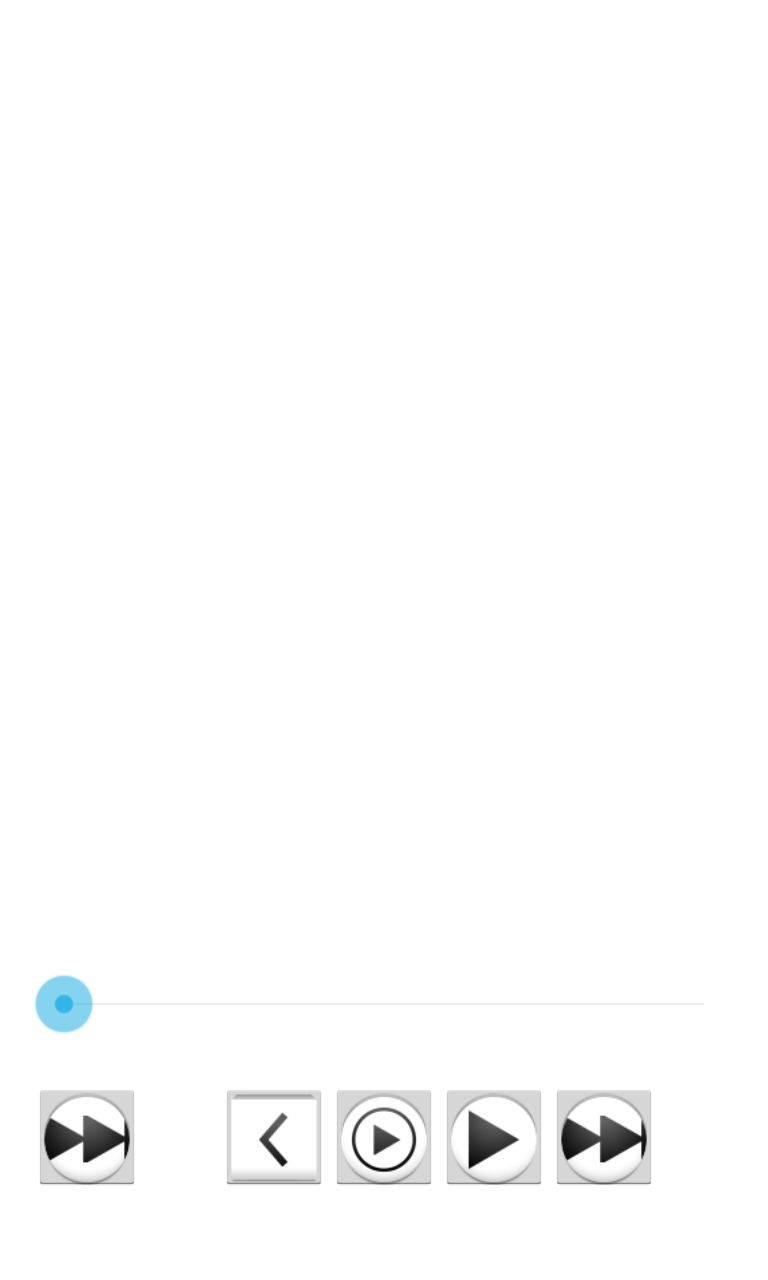
Repository: amittttt/Android-HP
Layout: HpProject/res/layout/activity_player.xml
The author's editor kept a copy of each file at every save. The layout is drawn from the files as they stood at one save, then again after the next save.
It is drawn on a 768 x 1280 px phone screen (xhdpi) without system bars, with theme AppTheme; the app's code is not run.

Above is the layout before, as saved 2016-05-16 03:40:34.

After the next save:
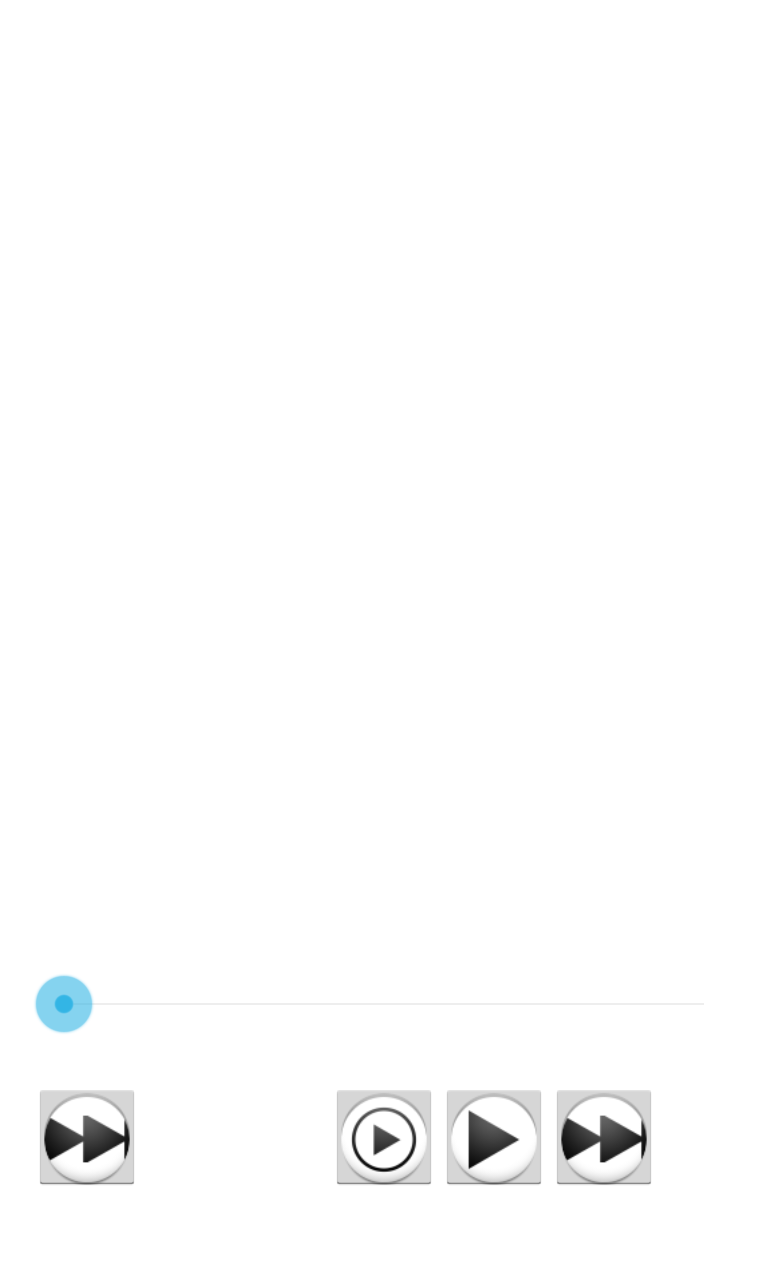
Saved 58 min 51 s later.
--- a/HpProject/res/layout/activity_player.xml
+++ b/HpProject/res/layout/activity_player.xml
@@ -39,7 +39,7 @@
         android:layout_height="55dp"
         android:layout_alignTop="@+id/btPlay"
         android:layout_toLeftOf="@+id/btPlay"
-        android:src="@drawable/prev" />
+        android:src="@drawable/image" />
 
     <ImageButton
         android:id="@+id/btFb"

After the save that followed:
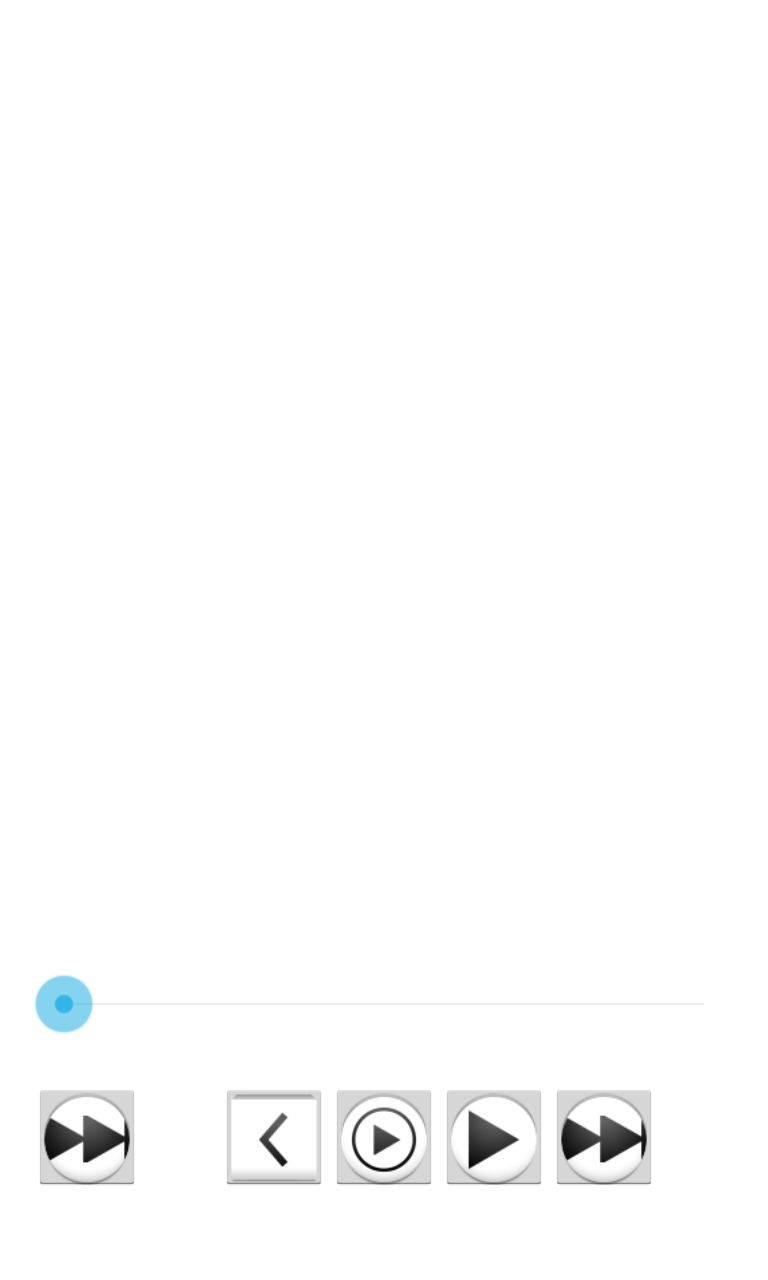
Saved 24 s later.
--- a/HpProject/res/layout/activity_player.xml
+++ b/HpProject/res/layout/activity_player.xml
@@ -39,7 +39,7 @@
         android:layout_height="55dp"
         android:layout_alignTop="@+id/btPlay"
         android:layout_toLeftOf="@+id/btPlay"
-        android:src="@drawable/image" />
+        android:src="@drawable/prev" />
 
     <ImageButton
         android:id="@+id/btFb"
